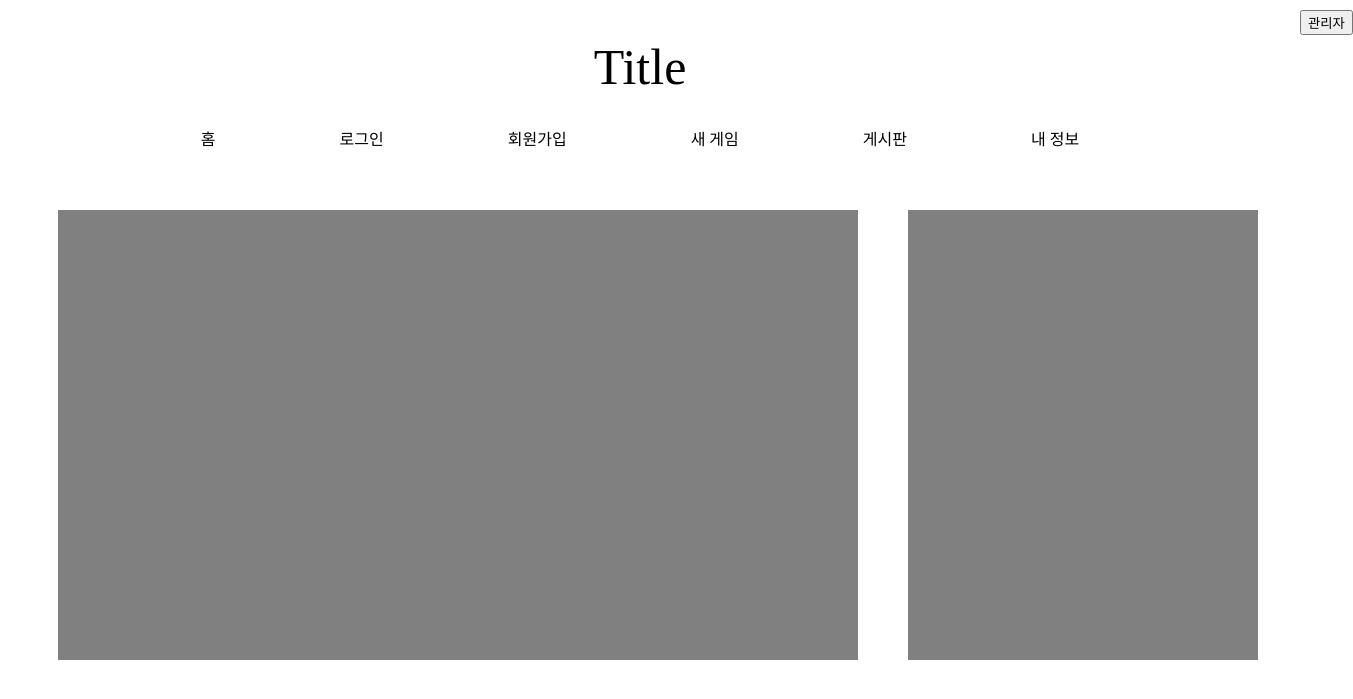
Repository: jemin7709/InP_Final
Page: 기말프로젝트/WebContent/main(unlogin).html
The author's editor kept a copy of each file at every save. The page is drawn from the files as they stood at one save, then again after the next save.
The browser window is 1280 px wide. The page is 1353 px wide, so the pictures cover 1353 px, including what lies to the right of the window. The pictures show the whole page.

Above is the page before, as saved 2021-05-19 14:44:23.

After the next save:
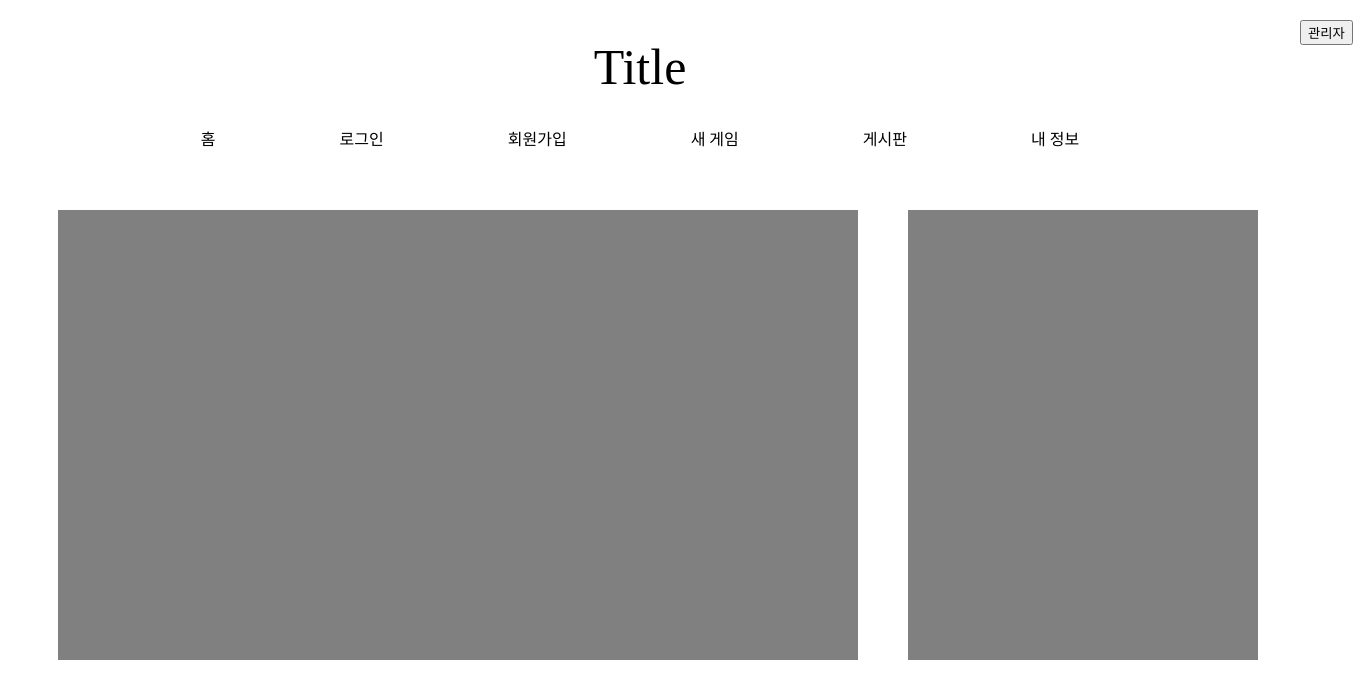
Saved 13 s later.
--- a/기말프로젝트/WebContent/main.css
+++ b/기말프로젝트/WebContent/main.css
@@ -37,7 +37,7 @@ body{
 }
 #admin{
 	position: absolute;
-	top: 10px;
+	top: 20px;
 	left: 1300px;
 	z-index: 2;
 }
